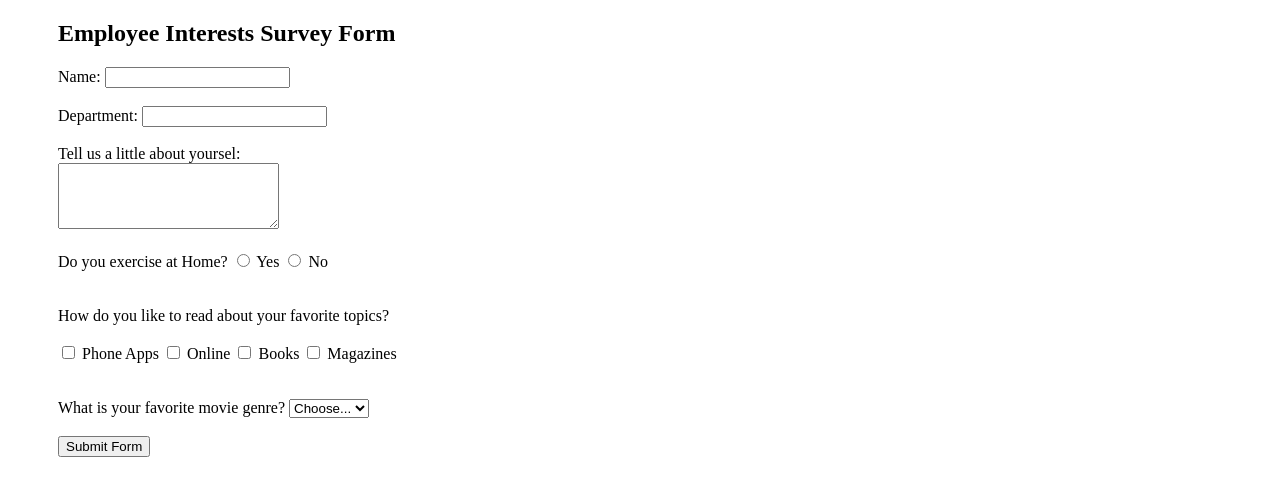
Repository: JoaoLemesDEV/Exercise-Survey-Form
Page: index.html
The author's editor kept a copy of each file at every save. The page is drawn from the files as they stood at one save, then again after a run of saves.
The browser window is 1280 px wide. The pictures show the whole page.

Above is the page before, as saved 2021-10-10 18:47:30.

After the next 2 saves:
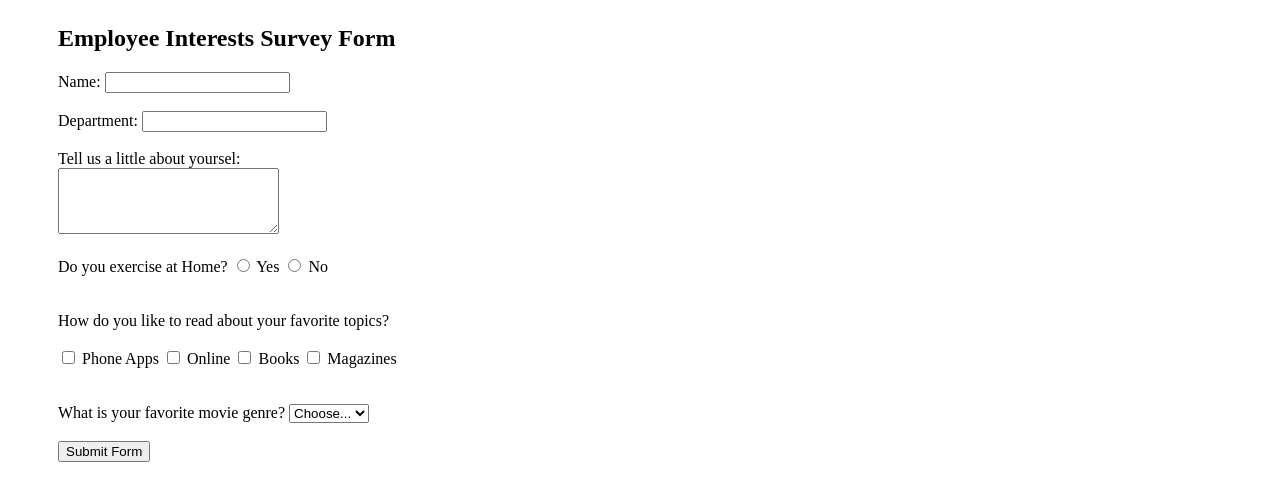
The 2 saves are shown as one change because they came seconds apart.
The last was saved 8 s later.
--- a/index.html
+++ b/index.html
@@ -9,7 +9,7 @@
   <style>
     form{
       margin-left: 50px;
-
+      margin-top: 25px;
     }
   </style>
   <body>
